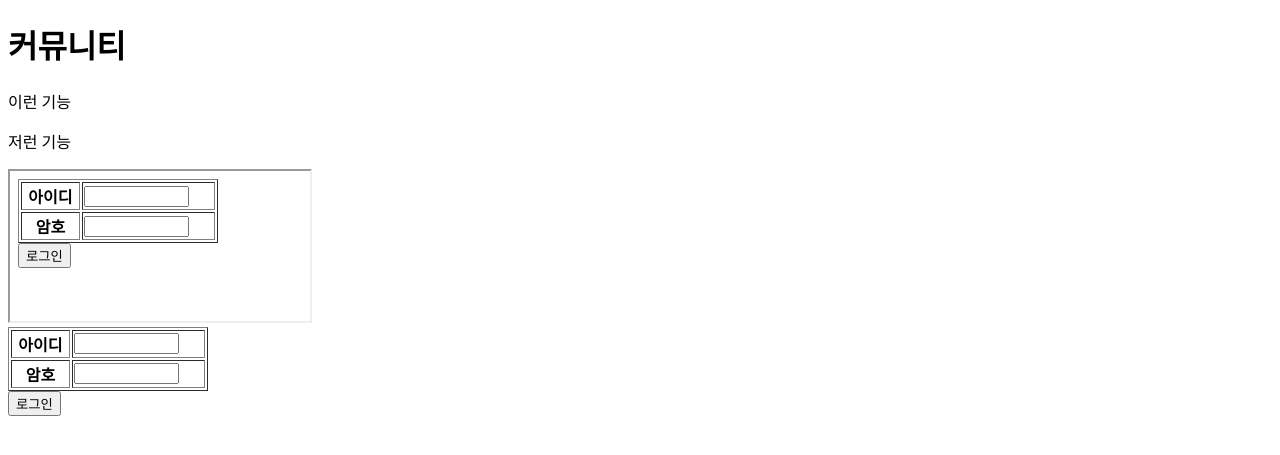
Repository: zzzzzzin/Server_Class
Page: http://localhost/JSPTest/ex04_include.jsp
These files come from the project's save history. The page is drawn as it stood at one moment and after the next save; the edit follows.
The browser window is 1280 px wide. The pictures show the whole page.
The page is served by Tomcat 9.

Above is the page before, as saved 2024-04-01 06:21:58.

After the next save:
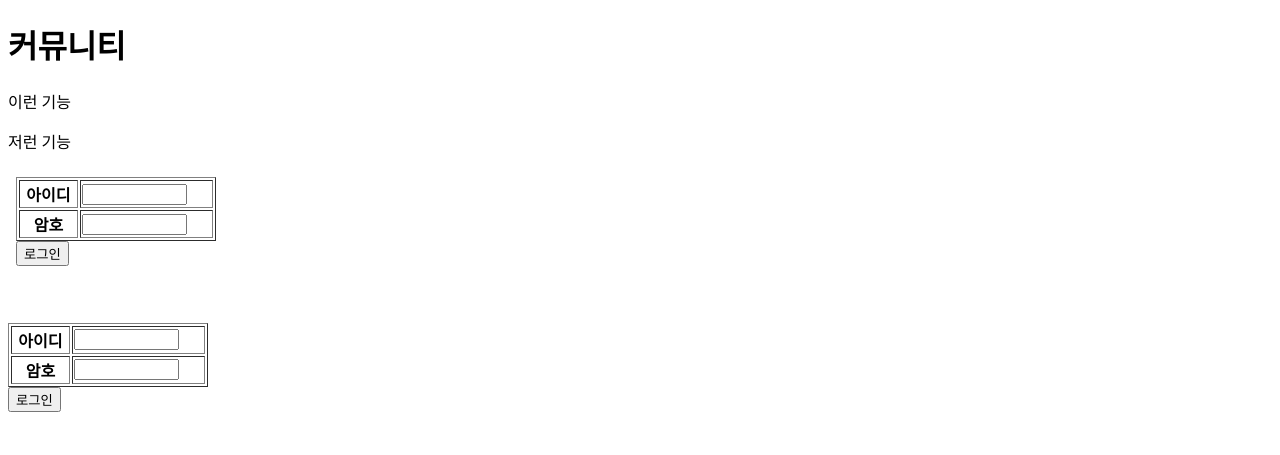
Saved 7 s later.
--- a/JSPTest/src/main/webapp/ex04_include.jsp
+++ b/JSPTest/src/main/webapp/ex04_include.jsp
@@ -17,7 +17,7 @@
 	 <p>이런 기능</p>
 	 <p>저런 기능</p>
 
-	 <iframe src="login.jsp" frameborder:"0"></iframe>
+	 <iframe src="login.jsp" frameborder="0"></iframe>
 
 	 <%@ include file="login.jsp" %>
 
